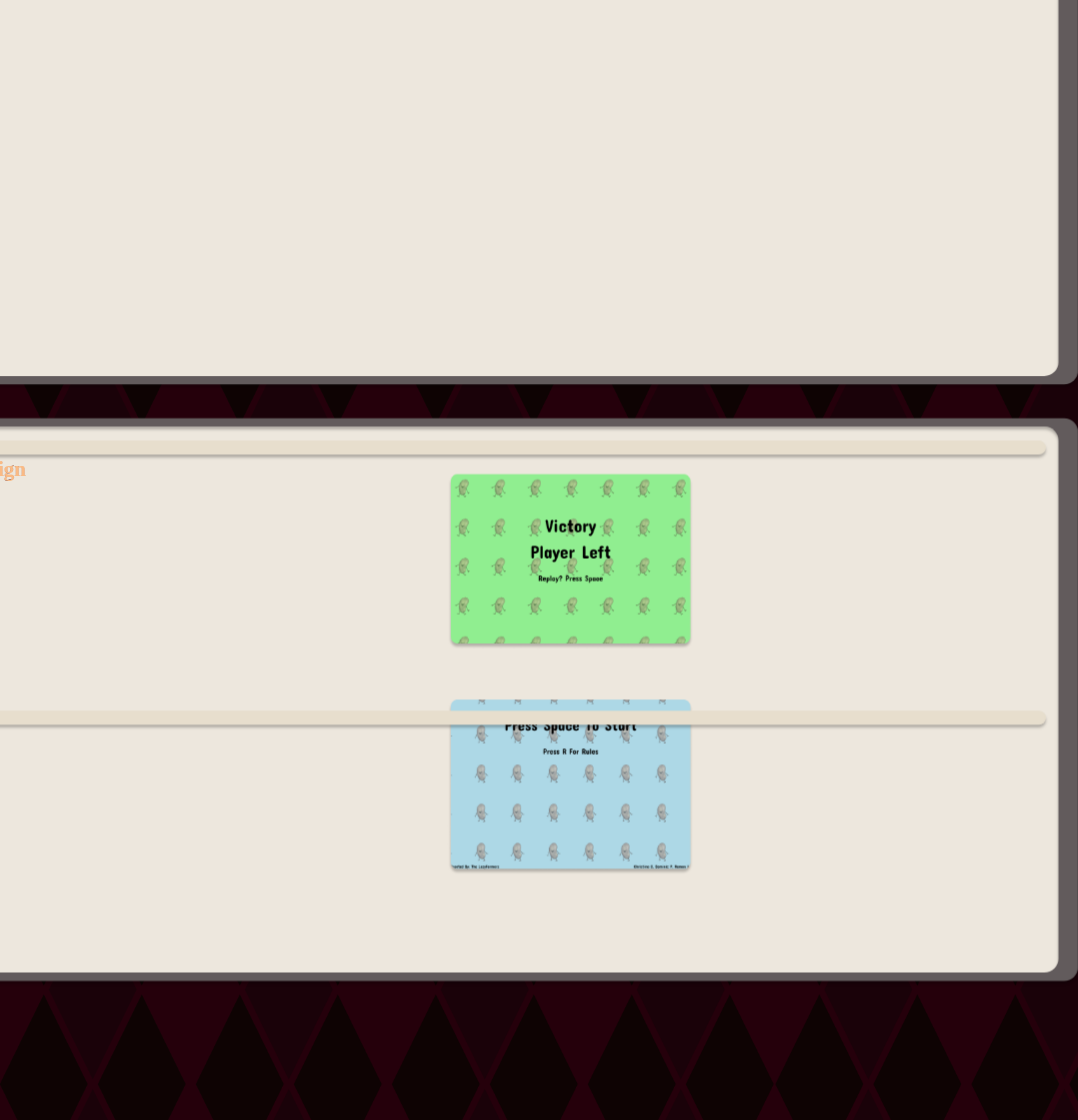
Repository: EMP-ChristinaC/Portfolio
Page: projects/potato-shuffle/potato.html
These files come from the project's save history. The page is drawn as it stood at one moment and after a run of saves; the edit follows.
The browser window is 1280 px wide. The page is 1540 px wide, so the pictures cover 1540 px, including what lies to the right of the window. The pictures show the part of the page from y = 1250 to 2850 px (the page is 6194 px tall), at 70% of full size.
Some web fonts or font styles are not loaded; a fallback is used.

Above is the page before, as saved 2024-12-08 19:56:04.

After the next 2 saves:
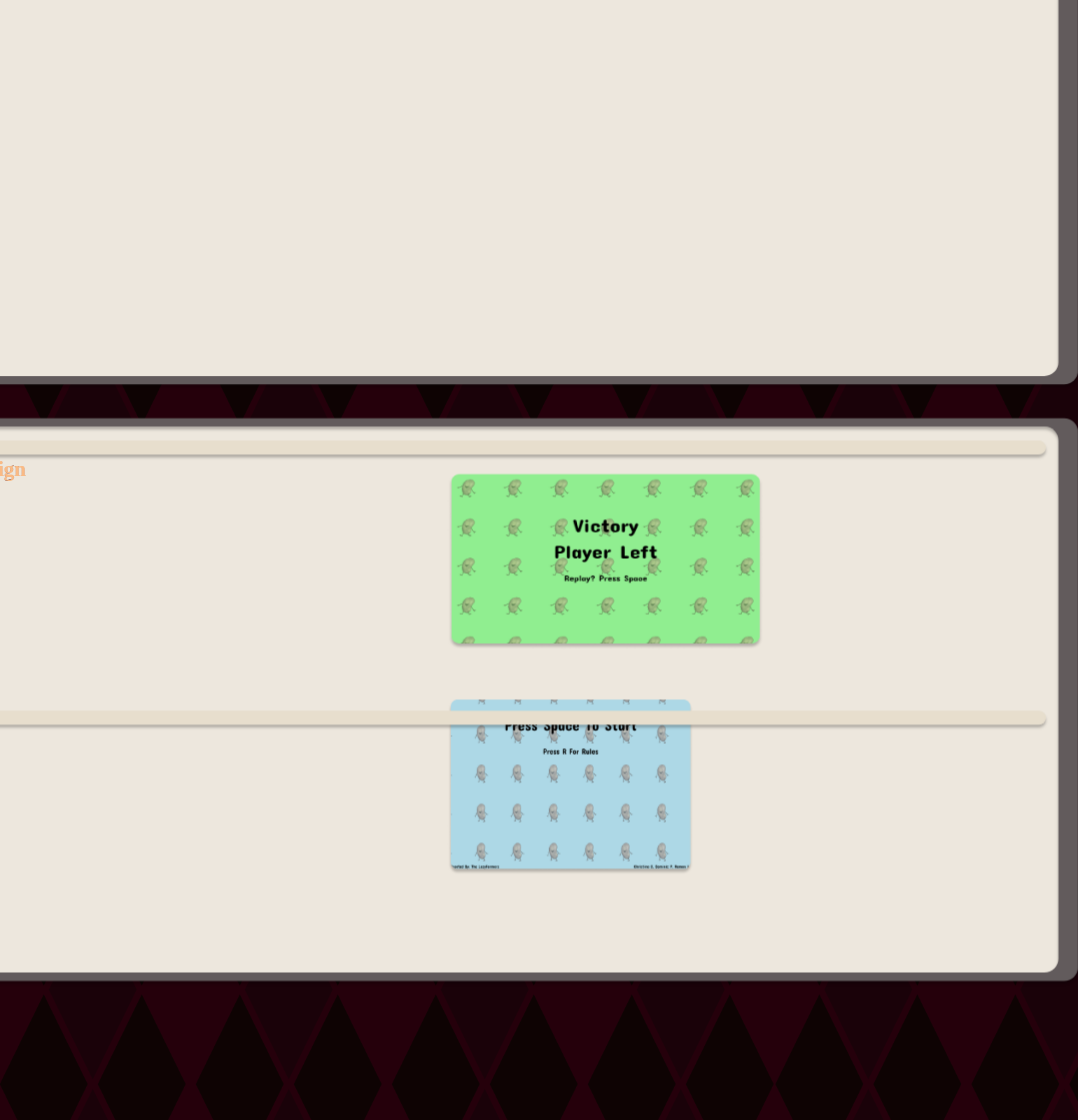
The 2 saves are shown as one change because they came seconds apart.
The last was saved 14 s later.
--- a/projects/potato-shuffle/potato.css
+++ b/projects/potato-shuffle/potato.css
@@ -495,7 +495,7 @@ footer.section p {
 }
 
 .potato-menu-two img {
-    width: 350px;
+    width: 450px;
     height: 250px;
     position: absolute;
     top: 10%;
